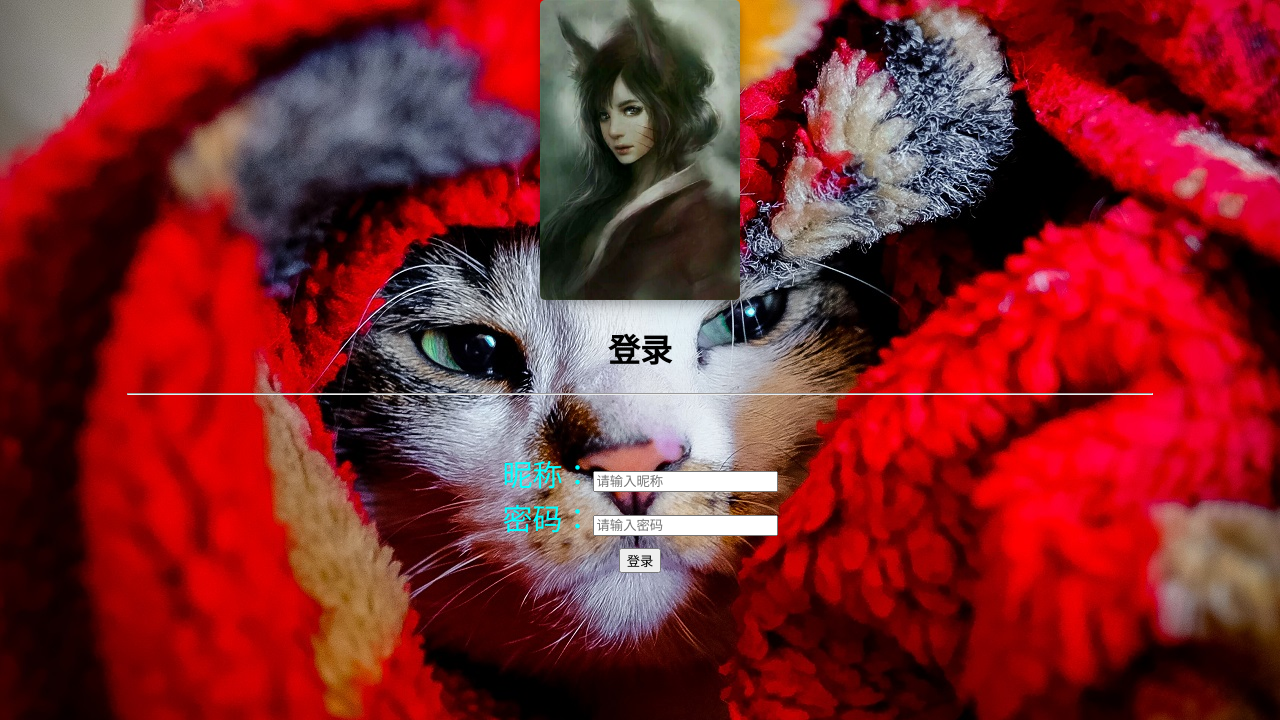
Repository: JuniorProjectTraining/free
Page: http://localhost/emss/login.jsp
These files come from the project's save history. The page is drawn as it stood at one moment and after the next save; the edit follows.
The browser window is 1280 px wide. The pictures show the whole page.
The page is served by Tomcat 9. Other server files are loaded and not shown.

Above is the page before, as saved 2019-12-25 13:43:16.

### emss/src/main/webapp/login.jsp
<%@ page language="java" contentType="text/html; charset=UTF-8"
	pageEncoding="UTF-8"%>
<!DOCTYPE html>
<html>
<head>
<meta charset="UTF-8">
<title>Insert title here</title>

<style type="text/css">
body {
	margin: 0;
	height: 100vh;
}

.nn {
	font-family: "楷体";
	font-size: 30px;
	color: cyan;
}

#n {
	box-shadow: 0 4px 8px 0 rgba(0, 0, 0, 0.2), 0 6px 20px 0
		rgba(0, 0, 0, 0.19);
	width: 200px;
	height: 300px;
	border-radius: 32px;
	border-radius: 5px;
	cursor: pointer;
	transition: 0.3s;
}

#beijing {
	background-image: url(./image/parallex.jpg);
	background-size: 100%;
	background-repeat: no-repeat;
	height: 100%;
	text-align: center;
}
</style>
</head>
<body>
	<div id="beijing">
		<img id="n" src="./image/ali_27.jpeg">
		<h1 Style="text-align: center;">登录</h1>
		<hr width="80%">

		<form style="text-align: center;"
			action="${pageContext.request.contextPath }/EmpServlet?cmd=login"
			method="post">
			<br>
			<p class="nn">
				昵称：<input id="username" name="nickname" placeholder="请输入昵称" /> <br>
				密码：<input type="password" id="password" name="password"
					placeholder="请输入密码"/ > <br> <input type="submit"
					value="登录" />
			</p>
		</form>
	</div>
</body>
</html>

After the next save:
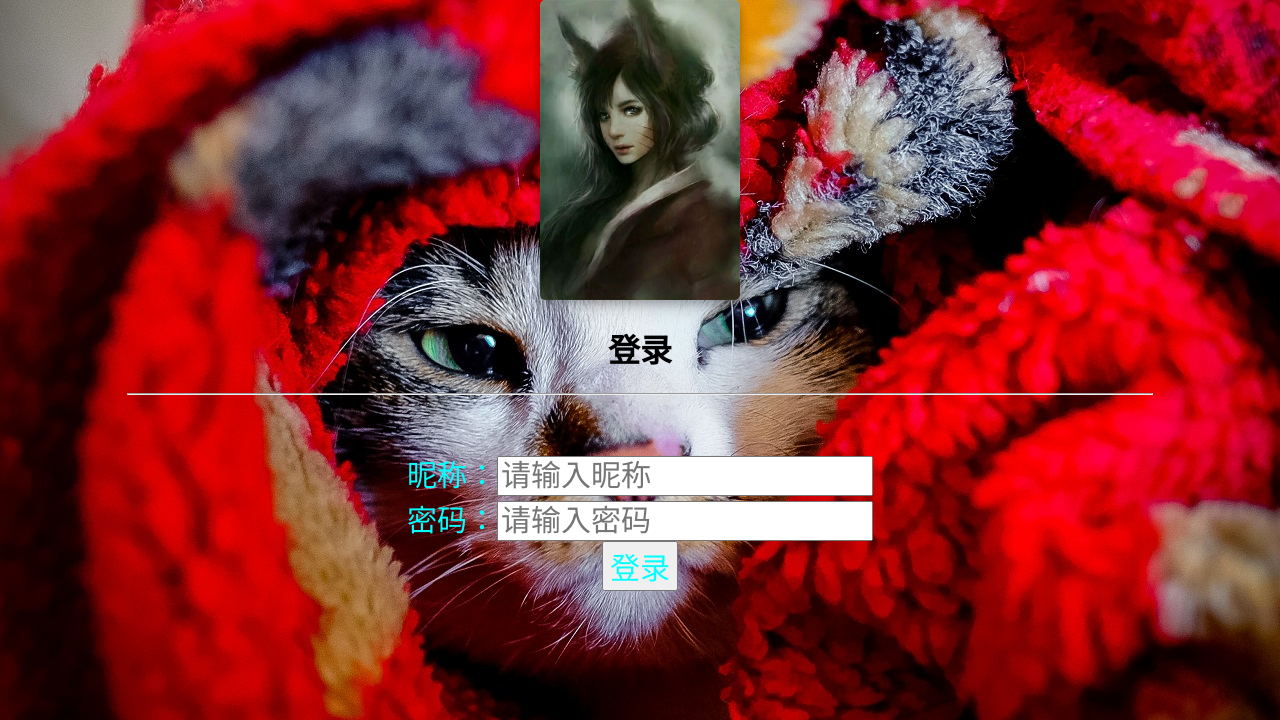
Saved 73 s later.
--- a/emss/src/main/webapp/login.jsp
+++ b/emss/src/main/webapp/login.jsp
@@ -12,7 +12,7 @@ body {
 	height: 100vh;
 }
 
-.nn {
+.nn, .nn input {
 	font-family: "楷体";
 	font-size: 30px;
 	color: cyan;
